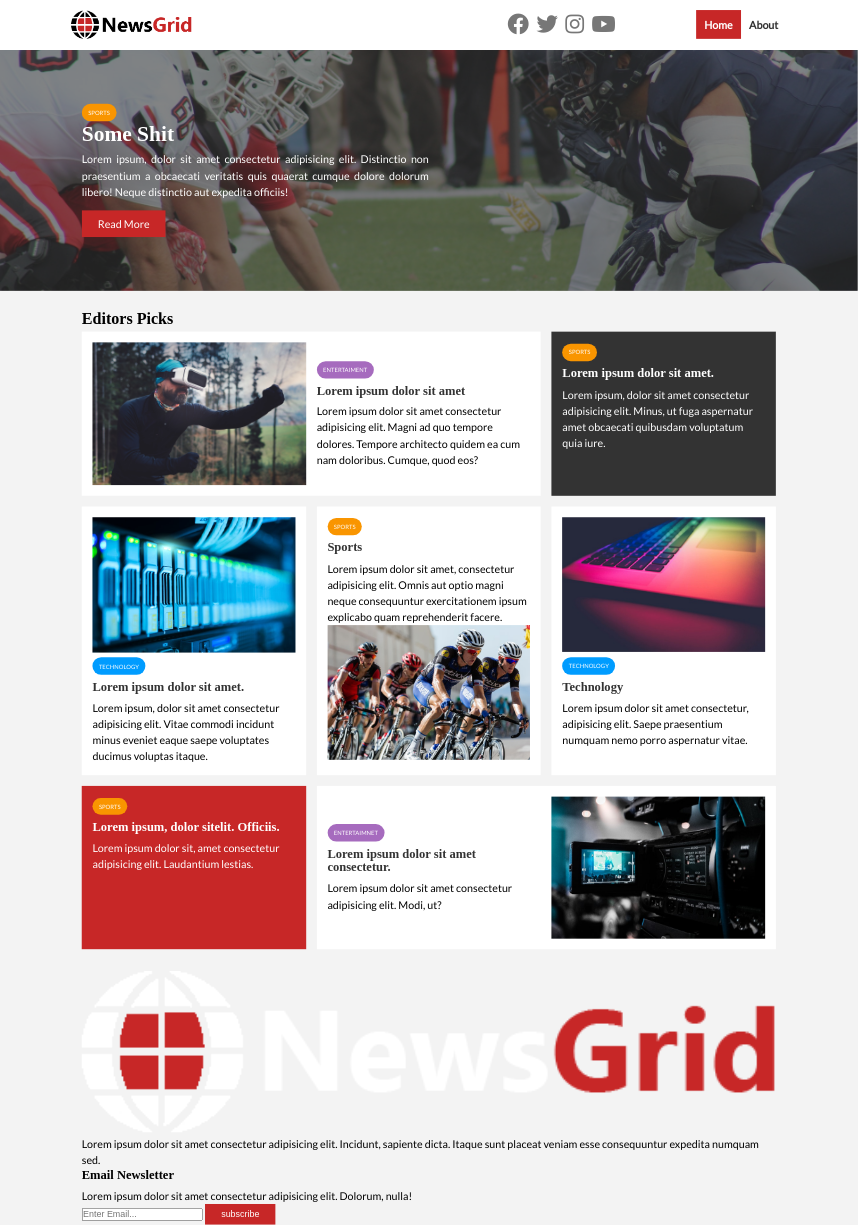
Repository: EswinGiova/NewsGrid
Page: index.html
These files come from the project's save history. The page is drawn as it stood at one moment and after the next save; the edit follows.
The browser window is 1280 px wide. The pictures show the whole page, at 67% of full size.
Some web libraries are served in a nearby version.

Above is the page before, as saved 2020-09-20 15:39:50.

After the next save:
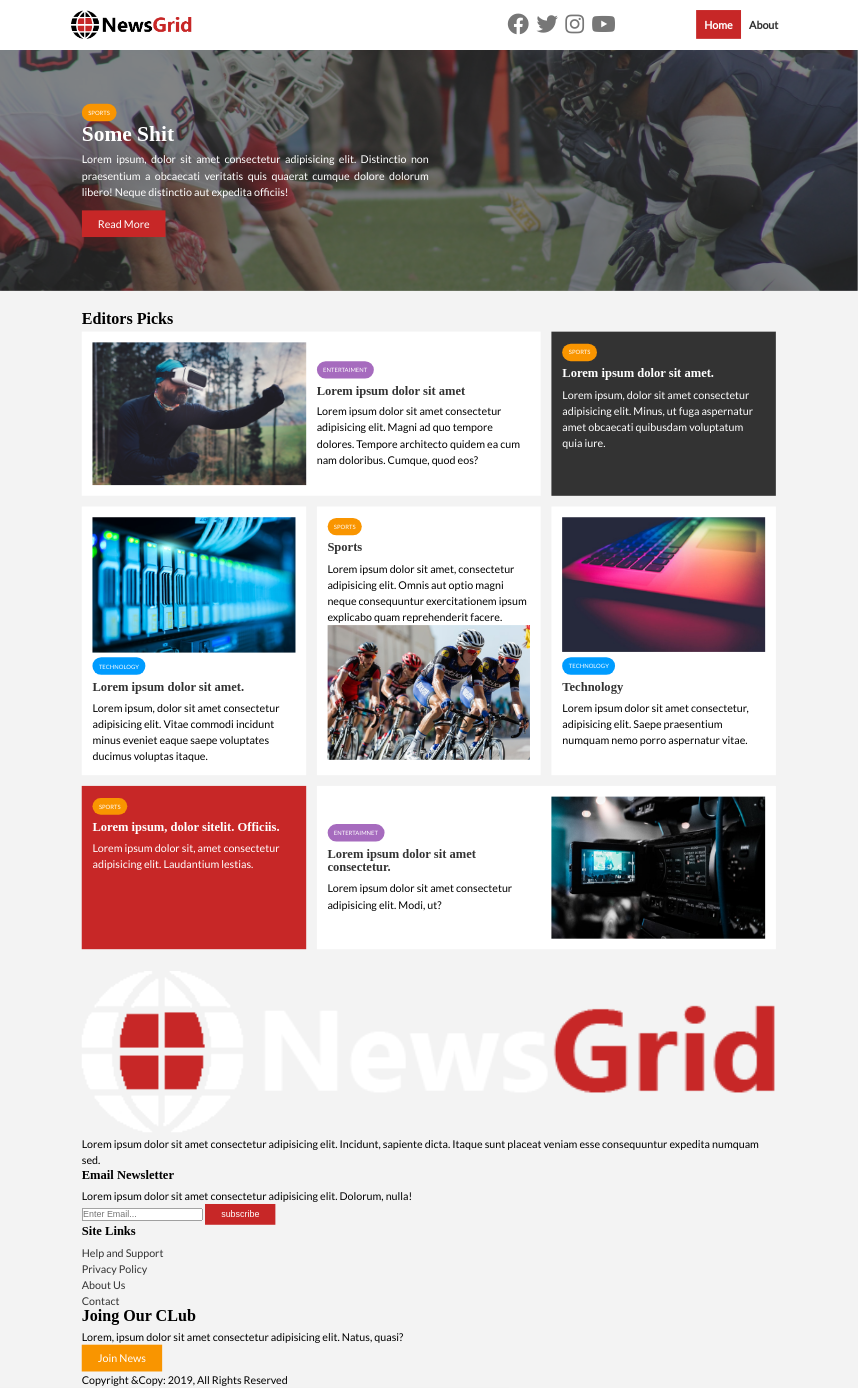
Saved 3 min 31 s later.
--- a/index.html
+++ b/index.html
@@ -172,6 +172,26 @@
             <input type="submit" value="subscribe" class="btn btn-primary" />
           </form>
         </div>
+        <div>
+          <h3>Site Links</h3>
+          <ul class="list">
+            <li><a href="#">Help and Support</a></li>
+            <li><a href="#">Privacy Policy</a></li>
+            <li><a href="#">About Us</a></li>
+            <li><a href="#">Contact</a></li>
+          </ul>
+        </div>
+        <div>
+          <h2>Joing Our CLub</h2>
+          <p>
+            Lorem, ipsum dolor sit amet consectetur adipisicing elit. Natus,
+            quasi?
+          </p>
+          <a href="#" class="btn btn-secondary">Join News</a>
+        </div>
+        <div>
+          <p>Copyright &Copy: 2019, All Rights Reserved</p>
+        </div>
       </div>
     </footer>
   </body>
